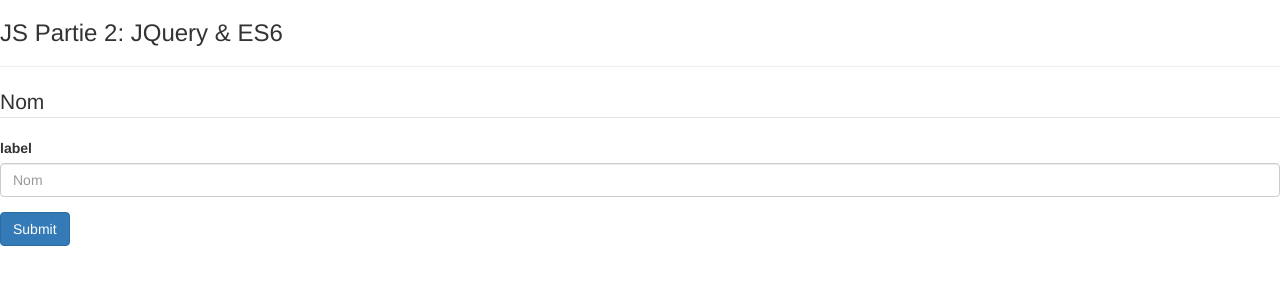
Repository: Symfomany/WildJQueryForm
Page: index.html
These files come from the project's save history. The page is drawn as it stood at one moment and after the next save; the edit follows.
The browser window is 1280 px wide. The pictures show the whole page.

Above is the page before, as saved 2017-03-06 06:52:46.

### index.html
<!DOCTYPE html>
<html lang="en">

<head>
    <title></title>
    <meta charset="UTF-8">
    <meta name="viewport" content="width=device-width, initial-scale=1">
    <!-- Latest compiled and minified CSS & JS -->
    <link rel="stylesheet" media="screen" href="http://netdna.bootstrapcdn.com/bootstrap/3.3.4/css/bootstrap.min.css">

</head>

<body>

    <h3>JS Partie 2: JQuery & ES6</h3>
    <hr />


    <form action="" method="POST" role="form">
        <legend>Nom</legend>

        <div class="form-group">
            <label for="">label</label>
            <input type="text" class="form-control" id="nom" placeholder="Nom">
        </div>



        <button type="submit" class="btn btn-primary">Submit</button>
    </form>



    <script src="http://code.jquery.com/jquery.js"></script>
    <script src="http://netdna.bootstrapcdn.com/bootstrap/3.3.4/js/bootstrap.min.js"></script>

</body>

</html>

After the next save:
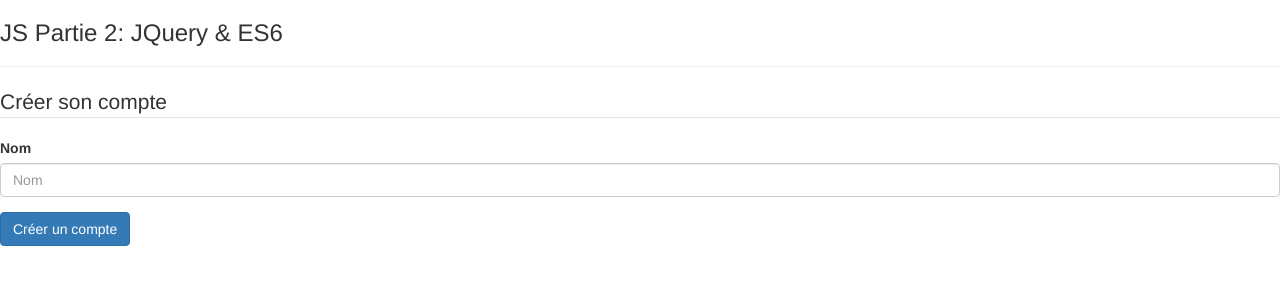
Saved 50 s later.
--- a/index.html
+++ b/index.html
@@ -17,16 +17,15 @@
 
 
     <form action="" method="POST" role="form">
-        <legend>Nom</legend>
+        <legend>Créer son compte</legend>
 
         <div class="form-group">
-            <label for="">label</label>
+            <label for="">Nom</label>
             <input type="text" class="form-control" id="nom" placeholder="Nom">
         </div>
 
 
-
-        <button type="submit" class="btn btn-primary">Submit</button>
+        <button type="submit" class="btn btn-primary">Créer un compte</button>
     </form>
 
 
